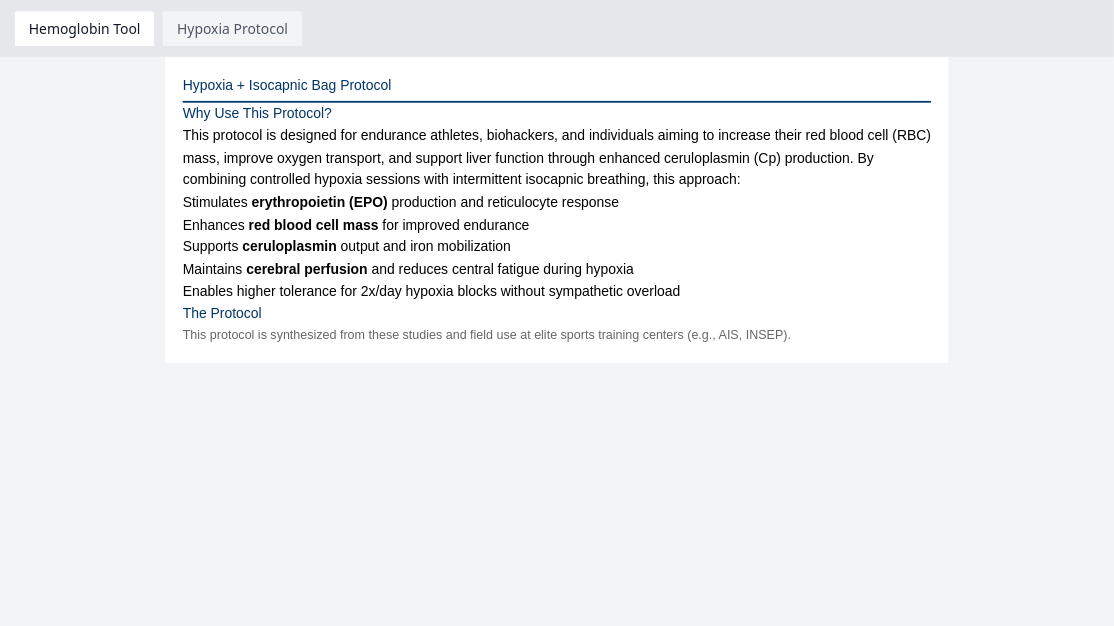
Repository: austenhughes1/hemoglobin_rbc_metrics
Page: hypoxia_protocol.html
These files come from the project's save history. The page is drawn as it stood at one moment and after the next save; the edit follows.
The browser window is 1280 px wide. The pictures show the whole page, at 87% of full size.
Some web libraries are served in a nearby version.

Above is the page before, as saved 2025-06-24 16:56:26.

After the next save:
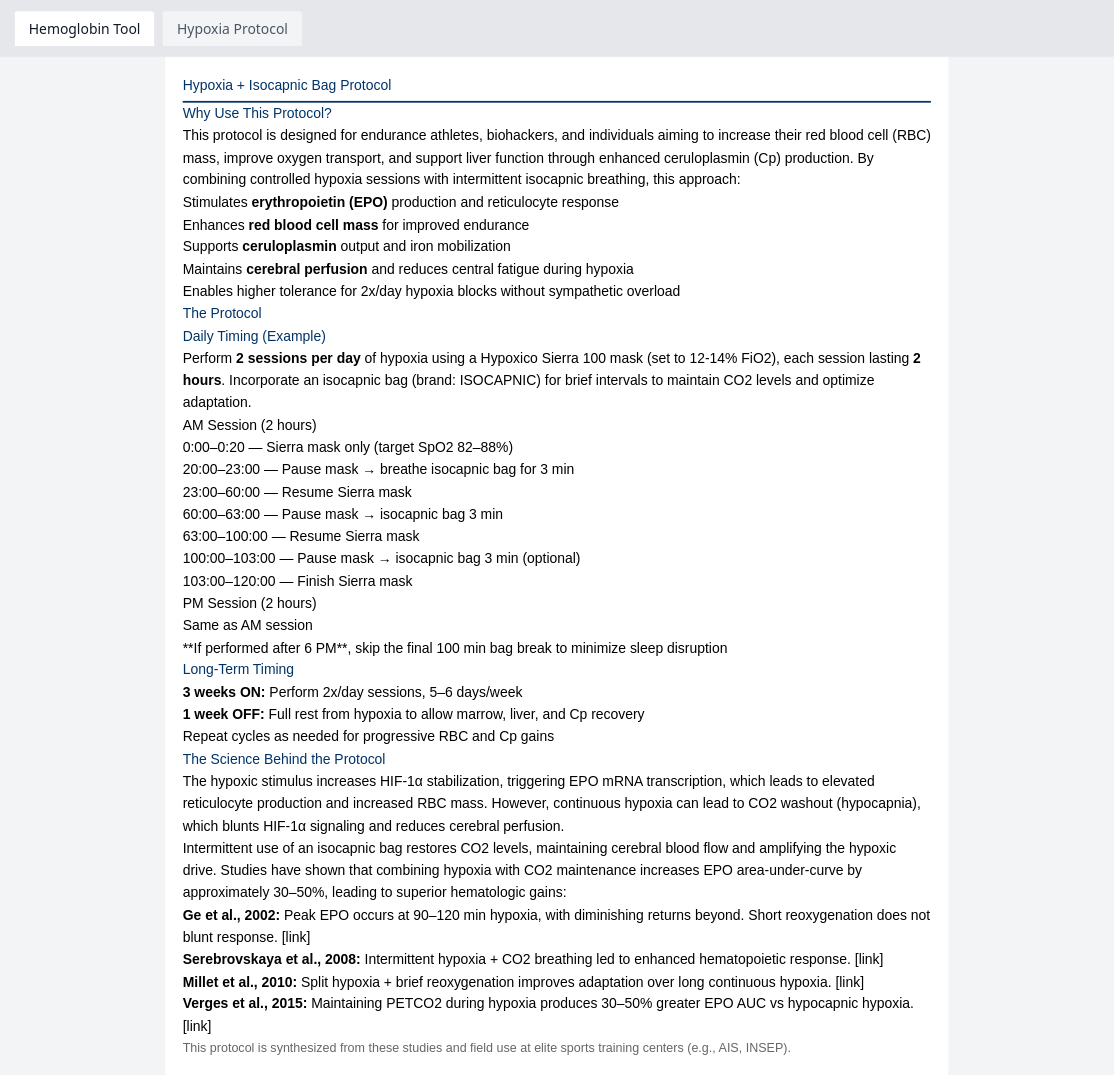
Saved 119 s later.
--- a/hypoxia_protocol.html
+++ b/hypoxia_protocol.html
@@ -58,12 +58,52 @@
     </ul>
 
     <h2>The Protocol</h2>
-    <!-- … rest of your content exactly as before … -->
 
+    <h3>Daily Timing (Example)</h3>
+    <p>
+      Perform <strong>2 sessions per day</strong> of hypoxia using a Hypoxico Sierra 100 mask (set to 12-14% FiO2), each session lasting <strong>2 hours</strong>. Incorporate an isocapnic bag (brand: ISOCAPNIC) for brief intervals to maintain CO2 levels and optimize adaptation.
+    </p>
+
+    <h4>AM Session (2 hours)</h4>
+    <ul>
+      <li>0:00–0:20 — Sierra mask only (target SpO2 82–88%)</li>
+      <li>20:00–23:00 — Pause mask → breathe isocapnic bag for 3 min</li>
+      <li>23:00–60:00 — Resume Sierra mask</li>
+      <li>60:00–63:00 — Pause mask → isocapnic bag 3 min</li>
+      <li>63:00–100:00 — Resume Sierra mask</li>
+      <li>100:00–103:00 — Pause mask → isocapnic bag 3 min (optional)</li>
+      <li>103:00–120:00 — Finish Sierra mask</li>
+    </ul>
+
+    <h4>PM Session (2 hours)</h4>
+    <ul>
+      <li>Same as AM session</li>
+      <li>**If performed after 6 PM**, skip the final 100 min bag break to minimize sleep disruption</li>
+    </ul>
+
+    <h3>Long-Term Timing</h3>
+    <ul>
+      <li><strong>3 weeks ON:</strong> Perform 2x/day sessions, 5–6 days/week</li>
+      <li><strong>1 week OFF:</strong> Full rest from hypoxia to allow marrow, liver, and Cp recovery</li>
+      <li>Repeat cycles as needed for progressive RBC and Cp gains</li>
+    </ul>
+
+    <h2>The Science Behind the Protocol</h2>
+    <p>
+      The hypoxic stimulus increases HIF-1α stabilization, triggering EPO mRNA transcription, which leads to elevated reticulocyte production and increased RBC mass. However, continuous hypoxia can lead to CO2 washout (hypocapnia), which blunts HIF-1α signaling and reduces cerebral perfusion.
+    </p>
+    <p>
+      Intermittent use of an isocapnic bag restores CO2 levels, maintaining cerebral blood flow and amplifying the hypoxic drive. Studies have shown that combining hypoxia with CO2 maintenance increases EPO area-under-curve by approximately 30–50%, leading to superior hematologic gains:
+    </p>
+    <ul>
+      <li><strong>Ge et al., 2002:</strong> Peak EPO occurs at 90–120 min hypoxia, with diminishing returns beyond. Short reoxygenation does not blunt response. [<a href="https://www.hypoxico.com/wp-content/uploads/2018/04/Determinants-of-erythropoietin-release-in-response-to-short-term-hypobaric-hypoxia.pdf" target="_blank">link</a>]</li>
+      <li><strong>Serebrovskaya et al., 2008:</strong> Intermittent hypoxia + CO2 breathing led to enhanced hematopoietic response. [<a href="https://pubmed.ncbi.nlm.nih.gov/18078855/" target="_blank">link</a>]</li>
+      <li><strong>Millet et al., 2010:</strong> Split hypoxia + brief reoxygenation improves adaptation over long continuous hypoxia. [<a href="https://pubmed.ncbi.nlm.nih.gov/20092365/" target="_blank">link</a>]</li>
+      <li><strong>Verges et al., 2015:</strong> Maintaining PETCO2 during hypoxia produces 30–50% greater EPO AUC vs hypocapnic hypoxia. [<a href="https://pubmed.ncbi.nlm.nih.gov/26319812/" target="_blank">link</a>]</li>
+    </ul>
     <p class="citation">
       This protocol is synthesized from these studies and field use at elite sports training centers (e.g., AIS, INSEP).
     </p>
   </div>
-
 </body>
 </html>
